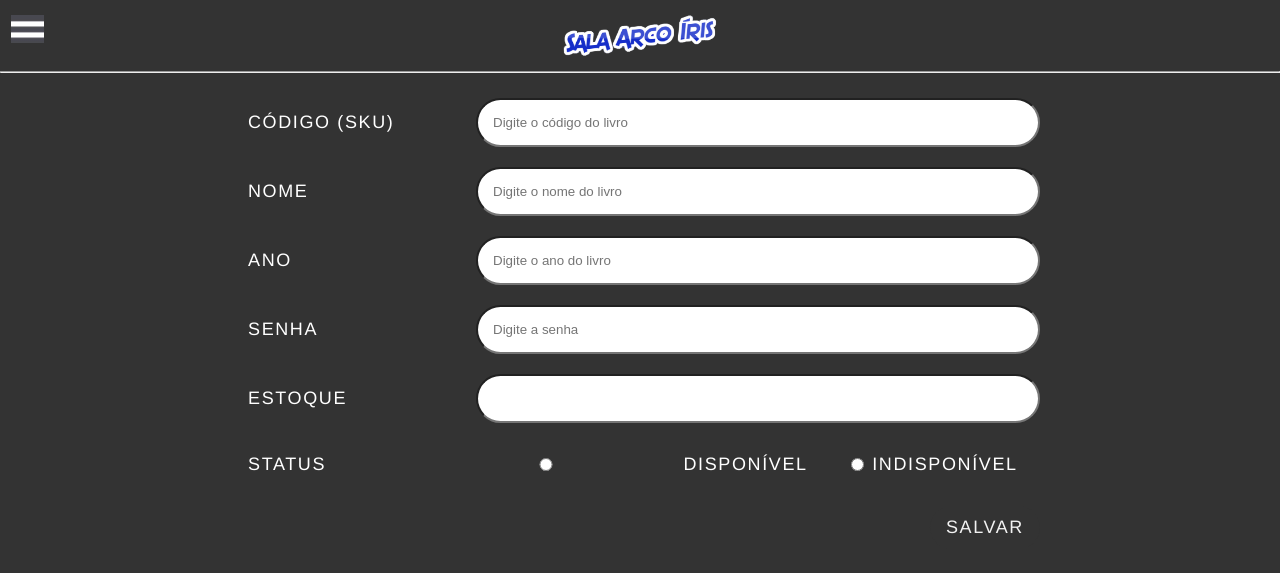
Repository: yuriandreisilva/projeto-individual-senai
Page: SalaArcoIris/WebContent/pages/cadastroLivro.html
An editor plug-in stored every save of this project. The page is shown before and after the next save, followed by the edit.
The browser window is 1280 px wide. The pictures show the whole page.
The page's requests for data from a server got no answer.

Above is the page before, as saved 2020-12-14 17:16:17.

### SalaArcoIris/WebContent/pages/cadastroLivro.html
<!DOCTYPE html>
<html lang="pt-br">
<head>
	<meta charset="UTF-8">
	<meta name="description" content="Sala Arco Iris - Biblioteca">
	<meta name="keywords" content="Livros">
	<meta name="author" content="Yuri Andrei da Silva">
	<meta name="viewport" content="width=device-width, initial-scale=1.0">
	<title> Aluno - Sala Arco Íris</title>
	<link rel="stylesheet" href="../css/menuFixo.css">
	<link rel="stylesheet" href="../css/base.css">
	<link rel="stylesheet" href="../css/formularios.css">
	<script src="https://code.jquery.com/jquery-3.5.1.min.js" integrity="sha256-9/aliU8dGd2tb6OSsuzixeV4y/faTqgFtohetphbbj0=" crossorigin="anonymous"></script>
	<script src="../js/menuFixo.js"></script>
	<script src="../js/cadastroLivro.js"></script>

</head>
<body>

<header>


</header>

<div class="corpo">
	<form name="frmAluno">
	  <ul class="flex-outer">
	    <li>
	      <label for="codigoLivro">Código (SKU)</label>
	      <input type="text" id="codigoLivro" name="codigoLivro" placeholder="Digite o código do livro">
	    </li>
	    <li>
	      <label for="nomeLivro">Nome</label>
	      <input type="text" id="nomeLivro" name="nomeLivro" placeholder="Digite o nome do livro">
	    </li>
	    <li>
	      <label for="anoLivro">Ano</label>
	      <input type="number" id="anoLivro" name="anoLivro" placeholder="Digite o ano do livro">
	    </li>
	    <li>
	      <label for="senha">Senha</label>
	      <input type="password" id="senha" name="senha" placeholder="Digite a senha">
	    </li>

	    <li>
		 	<label for="qtdEstoque">Estoque</label>
	    	<input id="qtdEstoque" type="number" name="qtdEstoque" ><br>
	   	</li>
	   	<li>
	   		<label for="status">Status</label>
	   	 	<input type="radio" id="ativo" name="status" value="disponivel">
		  	<label for="status">Disponível</label><br>
		  	<input type="radio" id="inativo" name="status" value="indisponivel">
		  	<label for="status">Indisponível</label><br>
		</li>
			    <li>
			    	<a type="button" onclick=(SALAARCOIRIS.aluno.cadastrarAluno())>Salvar</a>
			      <!-- <button type="submit" onclick=(SALAARCOIRIS.aluno.cadastrarAluno())>Salvar</button>-->
			    </li>
	  	</ul>
	</form>
</div>



</body>
</html>

### SalaArcoIris/WebContent/css/menuFixo.css
*{
	margin: 0;
	padding: 0;

}

:root{
	--cor_detalhes: #050542;
	--cor_fundo: #333;
	--letra_padrao: "Montserrant", sans-serif;
}

body {
	background: var(--cor_fundo);
}

#check {
	display: none;
}

#icone {
	margin: -4px;
	top: 4px;
	cursor:pointer;
	padding: 15px;
	position: absolute;
	z-index: 1;
	align: center;
}

.barra{
	background-color: #333;
	height: 100%;
	width: 300px;
	position: absolute;
	transition: all .2s linear;
	left: -300px;
}

nav{
	width: 100%;
	position: absolute;
	top: 60px;
}

nav a{
	text-decoration: none;

}

.link, .linkSair{
	background-color: #494950;
	padding: 20px;
	font-family: "Arial";
	font-size: 12pt;
	transition: all .2s linear;
	color: #f4f4f9;
	border-bottom:2px solid #222;
	opacity: 0;
	margin-top: 200px;

}

.linkSair{
	position: absolute;
	top: 500px;
	width: 86.2%;
	transition: all .2s linear;
}

.link:hover, .linkSair:hover{
	background-color: #050542;

}

#check:checked ~ .barra{
	transform: translateX(300px);
	border-right: 1px solid;
	border-color: #fff;
}

#check:checked ~ .logo {
	margin-left: 300px;
}

.corpo-menor {
	margin-left: 300px !important;

}



.logo img {
	display: block;
    margin-left: auto;
    margin-right: auto;
    width: 14%;


}


#check:checked ~ .icons{
	visibility: hidden;

}

body .corpo {
	height: 535px;
	margin-top: 2%;
}



#check:checked ~ .barra nav a .link, .barra nav a .linkSair {
	opacity: 1;
	margin-top: 0;

}

### SalaArcoIris/WebContent/css/base.css
:root{
	--cor_detalhes: #050542;
	--cor_fundo: #333;
	--letra_padrao: "Montserrant", sans-serif;
}

body {
  font: normal 18px/1.5 "Fira Sans", "Helvetica Neue", sans-serif;
  background: var(--cor_fundo);
  color: #fff;
  box-sizing: border-box

}

### SalaArcoIris/WebContent/css/formularios.css

form {
	margin-top: 5px;
	float: center;
}

.container {
  width: 80%;
  max-width: 1200px;
  margin: 0 auto;
}

.container * {
  box-sizing: border-box;

}

.flex-outer,
.flex-inner {
  list-style-type: none;
  padding: 0;
}

.flex-outer {
  max-width: 800px;
  margin: 0 auto;
}

.flex-outer li,
.flex-inner {
  display: flex;
  flex-wrap: wrap;
  align-items: center;
}

.flex-inner {
  padding: 0 8px;
  justify-content: space-between;
}

.flex-outer > li:not(:last-child) {
  margin-bottom: 20px;
}

.flex-outer li label,
.flex-outer li p {
  padding: 8px;
  font-weight: 300;
  letter-spacing: .09em;
  text-transform: uppercase;

}

.flex-outer > li > label,
.flex-outer li p {
  flex: 1 0 120px;
  max-width: 220px;

}

.flex-outer > li > label + *,
.flex-inner {
  flex: 1 0 220px;
}

.flex-outer li p {
  margin: 0;
}

.flex-outer li input:not([type='checkbox']),
.flex-outer li textarea,
select {
  padding: 15px;
  border-radius: 25px;

}


.flex-outer li button, a {
  margin-left: auto;
  padding: 8px 16px;
  border: none;
  background: #333;
  color: #f2f2f2;
  text-transform: uppercase;
  letter-spacing: .09em;
  border-radius: 25px;

}

.corpo button[type="submit"], .botaoSalvar{
    background-color: transparent;
    color: white;
    display: block;
    text-align: center;
    vertical-align: middle;
    box-sizing: content-box;
    border: 2px solid #050542;
    border-radius: 25px;
    width: 25%;
    height: 40px;
    padding: 2px 5px;
    font-size: 16pt;
    transition: .2s;
    outline: none;
    background-color: transparent;
    text-indent: 10px;
    float: right;

}

.corpo a:hover, button[type="submit"]:hover{
    background-color: #050542;
    color: #ffffff;
    transition: 1s;

}

.flex-inner li {
  width: 100px;

}

### SalaArcoIris/WebContent/js/menuFixo.js
$(document).ready(function(){
	$("header").load("/SalaArcoIris/pages/fix/menuFixo.html", function() {
		$("#check").change(function() {
			if(this.checked) {
			   $(".corpo").addClass("corpo-menor");
			}else{
			   $(".corpo").removeClass("corpo-menor");
			}
		});
	});
});

### SalaArcoIris/WebContent/js/cadastroLivro.js
function mostrarData(){
	var data = document.getElementById('validaPublicacao').value; // pega o valor do input
	console.log(data);
}

SALAARCOIRIS = new Object();

SALAARCOIRIS.livro = new Object();

$(document).ready (function(){
	// ESTRUTURA PADRÃO PROJETO, DEFINIDA NO WEB.XML + CAMINHO ESPECÍFICO REST
	SALAARCOIRIS.PATH = "/SalaArcoIris/rest/"

	// INSERT - Livro
	SALAARCOIRIS.livro.cadastrarLivro = function(){

	// CRIA OBJETO
	var livro = new Object();

	//OBJETO.CAMPO RECEBE VALOR DO CAMPO NO INPUT
	livro.nomeLivro = document.frmLivro.nomeLivro.value;
	livro.codigoLivro = document.frmLivro.codigoLivro.value;
	livro.publicacao = document.frmLivro.publicacao.value;
	livro.qtdEstoque = document.frmLivro.qtdEstoque.value;
	livro.statusLivro = document.frmLivro.statusLivro.value;

	//if (validarCampos()){
			//REQUISIÇÃO AJAX
			$.ajax({
				// TYPE POST, MODO QUE SERÃO ENVIADOS PARA O SERVIDOR
				type: "POST",
				// CAMINHO DEFINIDO NO WEB.XML
				// CHAMA A PATH ESPECÍFICA CRIADA NO ARQUIVO REST
				url: SALAARCOIRIS.PATH + "livro/inserirL",
				// PEGA OS DADOS EM OBJETO NO FORMATO JSON, PARA MANDAR PARA O SERVIDOR
				// CONVERTE EM FORMATO STRING JSON, PADRONIZAÇÃO
				data:JSON.stringify(livro),
				// SÓ VOLTA PARA O SUCCESS, APÓS PASSAR TODOS OS PASSOS DO SERVIDOR SEM ERROS
				success:function(retorno){
					if(retorno === "true"){
						exibirMsgSuccessRedirecionar()
					}else {
						alertError('Provavelmente este código já foi usado em outro cadastrado!')
					}
				},
				error:function(info){
					// alertError('Erro ao cadastrar novo livro: ' + info.status + " - "+ info.statusText)
					alertError(info.status + " - "+ info.statusText)
					console.log("Erro ao cadastrar um novo livro: "+ info.status + " - "+ info.statusText);
				}
			});
	//	}
	}


	function validarData(){
		var validacao = true;
		publicacao = document.getElementById('validaPublicacao').value;

		var data = new Date(publicacao);
		var dataAtual = new Date();

		if (data > dataAtual || publicacao == ""){
			validacao = false;
		}

		return validacao;
	}

	validarCampos = function (){
		var validacao = true;

		nomeLivro = document.getElementById('validaNome').value;
		codigoLivro = document.getElementById('validaCodigo').value;
		publicacao = document.getElementById('validaPublicacao').value;
		qtdEstoque = document.getElementById('validaEstoqueInicial').value;
		statusLivro = document.getElementById('validaStatus').value;

		var expRegNome = new RegExp(/^((\b[A-zÀ-ú']{2,40}\b)\s*){2,}$/);

		if (!expRegNome.test(nomeLivro)){
			alertError('Nome inválido!')
		 	document.frmLivro.nomeLivro.focus();

		  	validacao = false;
		}else if (codigoLivro == ""){
			alertError('Código inválido!')
			document.frmLivro.codigoLivro.focus();

			validacao = false;
		}else if (publicacao == "" || !validarData()){
			alertError('Data de publicação inválida!')
			document.frmLivro.publicacao.focus();

			validacao = false;
		}else if (qtdEstoque <0 || qtdEstoque == ""){
			alertError('Quantidade inicial de estoque inválida!')
			document.frmLivro.qtdEstoque.focus();

			validacao = false;
		}else if (statusLivro == 0){
			alertError('Status do livro inválido!')
			document.frmLivro.statusLivro.focus();

			validacao = false;
		}

		return validacao;

	}

	// READ --

	SALAARCOIRIS.livro.buscarLivro = function(){
		var valorBusca = $("#buscaLivro").val();

		$.ajax({
			type: "GET",
			url: SALAARCOIRIS.PATH + "livro/buscarL",
			data: "valorBuscaLivro="+valorBusca,
			success: function(dados){
				dados = JSON.parse(dados);
				$("#listaLivros").html(SALAARCOIRIS.livro.exibir(dados));

			},
			error: function(info){
				var a="Erro ao consultar os cadastros de livro: "+info.status+" - "+info.statusText;
				var b = a.replace(/'/g, '');
			}
		});

		SALAARCOIRIS.livro.exibir = function(listaDeLivros){
			var tabela =
				"<br>"+
				"<table class='table table-responsive'>"+
					"<thead>"+
						"<tr>"+
							"<th scope='col'> Nome</th>"+
							"<th scope='col'> Código (SKU)</th>"+
							"<th scope='col'> Estoque</th>"+
							"<th scope='col'>Editar</th>"+
							"<th scope='col'>Apagar</th>"+
						"</tr>"+
					"</thead>"+
					"<tbody>";

			if(listaDeLivros != undefined && listaDeLivros.length >0){


				for(var i=0; i<listaDeLivros.length; i++){
					tabela+="<tr>"+
						"<th scope='row'>"+listaDeLivros[i].nomeLivro+"</th>"+
						"<td>"+listaDeLivros[i].codigoLivro+"</td>"+
						"<td>"+listaDeLivros[i].qtdEstoque+"</td>"+
						"<td>"+"<a class='btn btn-warning' onclick=\"SALAARCOIRIS.livro.exibirEditL('"+listaDeLivros[i].idLivro+"')\"><svg xmlns='http://www.w3.org/2000/svg' width='16' height='16' fill='currentColor' class='bi bi-pencil-square' viewBox='0 0 16 16'>"+
								  "<path d='M15.502 1.94a.5.5 0 0 1 0 .706L14.459 3.69l-2-2L13.502.646a.5.5 0 0 1 .707 0l1.293 1.293zm-1.75 2.456-2-2L4.939 9.21a.5.5 0 0 0-.121.196l-.805 2.414a.25.25 0 0 0 .316.316l2.414-.805a.5.5 0 0 0 .196-.12l6.813-6.814z'/>"+
								  "<path fill-rule='evenodd' d='M1 13.5A1.5 1.5 0 0 0 2.5 15h11a1.5 1.5 0 0 0 1.5-1.5v-6a.5.5 0 0 0-1 0v6a.5.5 0 0 1-.5.5h-11a.5.5 0 0 1-.5-.5v-11a.5.5 0 0 1 .5-.5H9a.5.5 0 0 0 0-1H2.5A1.5 1.5 0 0 0 1 2.5v11z'/>"+
								"</svg></a>" +"</td>"+
						"<td>"+"<a class='btn btn-danger' onclick=\"SALAARCOIRIS.livro.deletarL('"+listaDeLivros[i].idLivro+"')\"><svg xmlns='http://www.w3.org/2000/svg' width='16' height='20' fill='currentColor' class='bi bi-trash' viewBox='0 0 16 16'>"+
						"<path d='M5.5 5.5A.5.5 0 0 1 6 6v6a.5.5 0 0 1-1 0V6a.5.5 0 0 1 .5-.5zm2.5 0a.5.5 0 0 1 .5.5v6a.5.5 0 0 1-1 0V6a.5.5 0 0 1 .5-.5zm3 .5a.5.5 0 0 0-1 0v6a.5.5 0 0 0 1 0V6z'/>"+
							"<path fill-rule='evenodd' d='M14.5 3a1 1 0 0 1-1 1H13v9a2 2 0 0 1-2 2H5a2 2 0 0 1-2-2V4h-.5a1 1 0 0 1-1-1V2a1 1 0 0 1 1-1H6a1 1 0 0 1 1-1h2a1 1 0 0 1 1 1h3.5a1 1 0 0 1 1 1v1zM4.118 4 4 4.059V13a1 1 0 0 0 1 1h6a1 1 0 0 0 1-1V4.059L11.882 4H4.118zM2.5 3V2h11v1h-11z'/>"+
						  "</svg></a>" +"</td>"+
					"</tr>";

				}

			}else if (listaDeLivros == ""){
				tabela += "<tr scope='row'><td colspan='6'>Nenhum registro encontrado</td></tr>";
			}
			tabela +="</tbody" +
					"</table>";
			var tamanhoPagina = 5;
			var pagina = 0;

				function paginar() {
				    $('table > tbody > tr').remove();
				    var tbody = $('table > tbody');
					for (var i = pagina * tamanhoPagina; i < listaDeLivros.length && i < (pagina + 1) *  tamanhoPagina; i++){
						tbody.append(
					            $('<tr>')
					                .append($('<td>').append(listaDeLivros[i].nomeLivro))
					                .append($('<td>').append(listaDeLivros[i].codigoLivro))
					                .append($('<td>').append(listaDeLivros[i].qtdEstoque))
					                .append($('<td>'+'<a class="btn btn-warning" onclick=\'SALAARCOIRIS.livro.exibirEditL("'+listaDeLivros[i].idLivro+'")\'><svg xmlns="http://www.w3.org/2000/svg" width="16" height="20" fill="currentColor" class="bi bi-pencil-square" viewBox="0 0 16 16">'+
					                		  '<path d="M15.502 1.94a.5.5 0 0 1 0 .706L14.459 3.69l-2-2L13.502.646a.5.5 0 0 1 .707 0l1.293 1.293zm-1.75 2.456-2-2L4.939 9.21a.5.5 0 0 0-.121.196l-.805 2.414a.25.25 0 0 0 .316.316l2.414-.805a.5.5 0 0 0 .196-.12l6.813-6.814z"/>'+
					                			  '<path fill-rule="evenodd" d="M1 13.5A1.5 1.5 0 0 0 2.5 15h11a1.5 1.5 0 0 0 1.5-1.5v-6a.5.5 0 0 0-1 0v6a.5.5 0 0 1-.5.5h-11a.5.5 0 0 1-.5-.5v-11a.5.5 0 0 1 .5-.5H9a.5.5 0 0 0 0-1H2.5A1.5 1.5 0 0 0 1 2.5v11z"/>'+
					                			  '</svg></a>' +'</td>').append())
					                .append($('<td>'+'<a class="btn btn-danger" onclick=\'SALAARCOIRIS.livro.deletarL("'+listaDeLivros[i].idLivro+'")\'><svg xmlns="http://www.w3.org/2000/svg" width="16" height="20" fill="currentColor" class="bi bi-trash" viewBox="0 0 16 16">'+
					                		  '<path d="M5.5 5.5A.5.5 0 0 1 6 6v6a.5.5 0 0 1-1 0V6a.5.5 0 0 1 .5-.5zm2.5 0a.5.5 0 0 1 .5.5v6a.5.5 0 0 1-1 0V6a.5.5 0 0 1 .5-.5zm3 .5a.5.5 0 0 0-1 0v6a.5.5 0 0 0 1 0V6z"/>'+
					                			  '<path fill-rule="evenodd" d="M14.5 3a1 1 0 0 1-1 1H13v9a2 2 0 0 1-2 2H5a2 2 0 0 1-2-2V4h-.5a1 1 0 0 1-1-1V2a1 1 0 0 1 1-1H6a1 1 0 0 1 1-1h2a1 1 0 0 1 1 1h3.5a1 1 0 0 1 1 1v1zM4.118 4 4 4.059V13a1 1 0 0 0 1 1h6a1 1 0 0 0 1-1V4.059L11.882 4H4.118zM2.5 3V2h11v1h-11z"/>'+
					                			'</svg></a>' +'</td>').append())
					        )
				    }
				    $('#numeracao').text('Página ' + (pagina + 1) + ' de ' + Math.ceil(listaDeLivros.length / tamanhoPagina));
				}

				$(function() {
				    $('#proximo').click(function() {
				        if (pagina < listaDeLivros.length / tamanhoPagina - 1) {
				            pagina++;
				            paginar();
				            ajustarBotoes();
				        }
				    });
				    $('#anterior').click(function() {
				        if (pagina > 0) {
				            pagina--;
				            paginar();
				            ajustarBotoes();
				        }
				    });
				    paginar();
				    ajustarBotoes();
				});

				function ajustarBotoes() {
				    $('#proximo').prop('disabled', listaDeLivros.length <= tamanhoPagina || pagina > listaDeLivros.length / tamanhoPagina - 1);
				    $('#anterior').prop('disabled', listaDeLivros.length <= tamanhoPagina || pagina == 0);
				}
			tabela +="</tbody" +
					"</table>";


			return tabela;

			$("#listaAlunos").html(tabela);
		}

	}
	SALAARCOIRIS.livro.buscarLivro();

	SALAARCOIRIS.livro.deletarL = function(idLivro){

		$.ajax({
			type:"DELETE",
			url: SALAARCOIRIS.PATH +"livro/excluir/"+idLivro,
			success: function(msg){
				console.log(msg)
				if (msg === '"Erro ao excluir Livro!"'){
					alertError('Não é possível remover este Livro!')
				}else{
					msgSuccessSimple('Livro removido')
					SALAARCOIRIS.livro.buscarLivro();
				}
			},
			error: function(info){
				console.log("Erro ao excluir livro: " + info.status + " - " + info.statusText);
			}
		});
	}

	SALAARCOIRIS.livro.exibirEditL = function(idLivro){

		document.getElementById('id01').style.display='block';
		$.ajax({
			type:"GET",
			url: SALAARCOIRIS.PATH +"livro/checkIdL",
			data: "idLivro="+idLivro,
			success: function(livro){
				document.frmEditaLivro.idLivro.value = livro.idLivro;
				document.frmEditaLivro.nomeLivro.value = livro.nomeLivro;
				document.frmEditaLivro.codigoLivro.value = livro.codigoLivro;
				document.frmEditaLivro.publicacao.value = livro.publicacao;
				document.frmEditaLivro.qtdEstoque.value = livro.qtdEstoque;
				document.frmEditaLivro.statusLivro.value = livro.statusLivro;
			},
			error: function(info){
				console.log("Erro ao buscar cadastro para livro: "+info.status+" - "+info.statusText);
			}

		});

	}

	SALAARCOIRIS.livro.alterarL = function(){

		var livro = new Object();

		livro.idLivro = document.frmEditaLivro.idLivro.value;
		livro.nomeLivro = document.frmEditaLivro.nomeLivro.value;
		livro.codigoLivro = document.frmEditaLivro.codigoLivro.value;
		livro.publicacao = document.frmEditaLivro.publicacao.value;
		livro.qtdEstoque = document.frmEditaLivro.qtdEstoque.value;
		livro.statusLivro = document.frmEditaLivro.statusLivro.value;

		if (validarCampos()){
			$.ajax({
				type:"PUT",
				url: SALAARCOIRIS.PATH + "livro/alterarL",
				data:JSON.stringify(livro),
				success: function(retorno){
					if(retorno === "true"){
						exibirMsgSuccessRedirecionar()
					}else {
						alertError('Provavelmente este código já foi usado em outro cadastrado!')
					}
				},
				error: function(info){
					console.log("Erro ao editar cadastro: "+ info.status+" - "+info.statusText);
				}
			});
		}
	}

});

### SalaArcoIris/WebContent/pages/fix/menuFixo.html
<input type="checkbox" id="check">
<label id="icone" for="check"><img src="../imgs/icone_menu.jpg"></label>


<div class="barra">
	<nav>
		<a href="http://localhost:8080/SalaArcoIris/pages/home.html"><div class="link">Home</div></a>
		<a href=""><div class="link">Empréstimos</div></a>
		<a href="http://localhost:8080/SalaArcoIris/pages/listaLivros.html"><div class="link">Livros</div></a>
		<a href="http://localhost:8080/SalaArcoIris/pages/listaAlunos.html"><div class="link">Alunos</div></a>
		<a href=""><div class="link">Relatórios</div></a>
		<a href="http://localhost:8080/SalaArcoIris/index.html"><div class="linkSair">Sair</div></a>
	</nav>
</div>

<div class="logo">
 	<img src="../imgs/logo.png"></label>
	<hr>
</div>

After the next save:
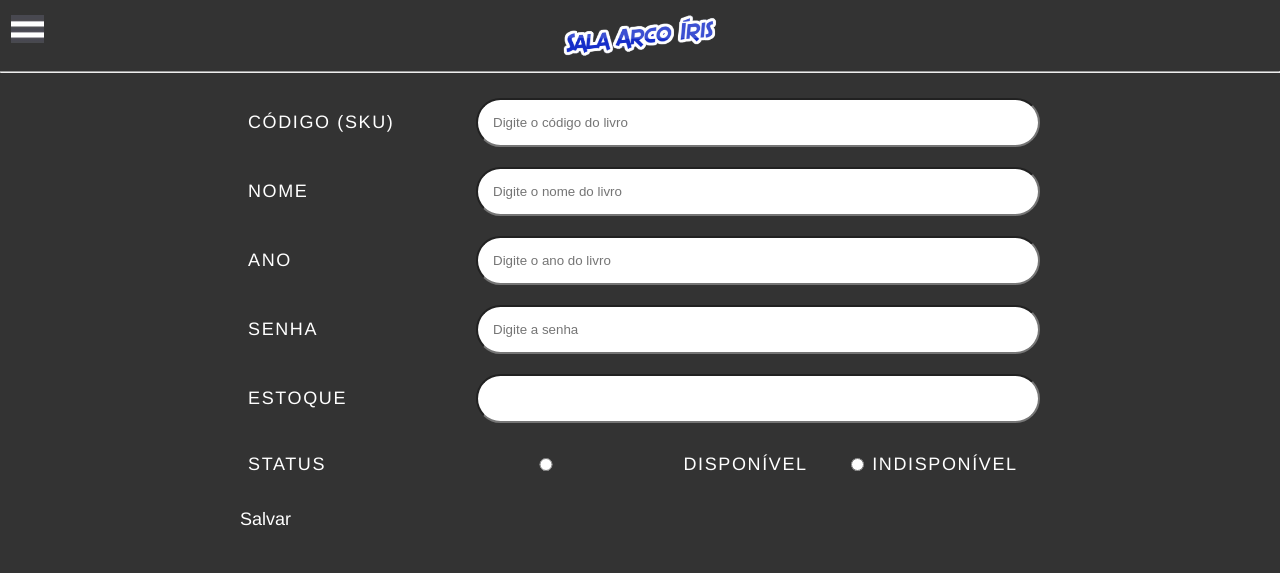
Saved 38 s later.
--- a/SalaArcoIris/WebContent/css/formularios.css
+++ b/SalaArcoIris/WebContent/css/formularios.css
@@ -76,7 +76,7 @@ select {
 }
 
 
-.flex-outer li button, a {
+.flex-outer li button, .botaoSalvar {
   margin-left: auto;
   padding: 8px 16px;
   border: none;
